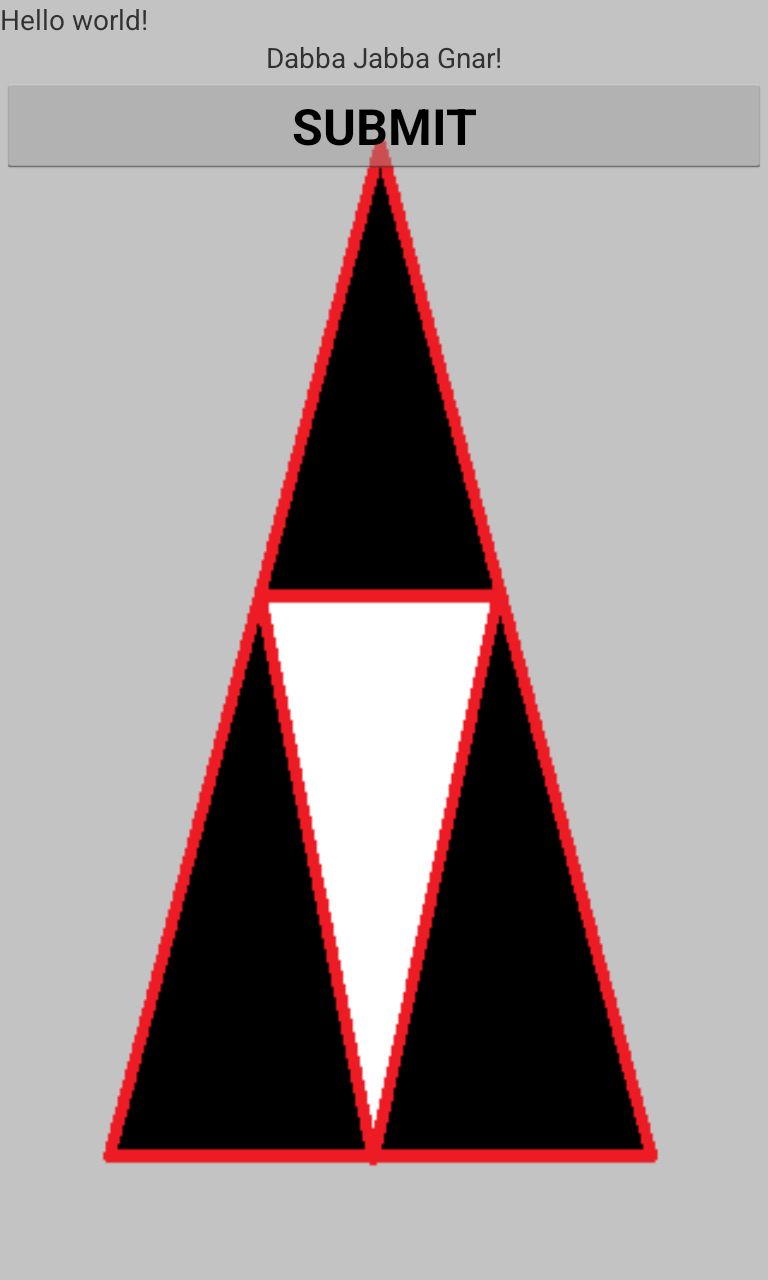
Repository: IgnacioRV/AndroidDev
Layout: ProjectYasuo/res/layout/main2.xml
An editor plug-in stored every save of this project. The layout is shown before and after the next save, followed by the edit.
It is drawn on a 768 x 1280 px phone screen (xhdpi) without system bars, with theme AppTheme; the app's code is not run.

Above is the layout before, as saved 2016-01-21 16:14:38.

### ProjectYasuo/res/layout/main2.xml
<?xml version="1.0" encoding="utf-8"?>
<LinearLayout xmlns:android="http://schemas.android.com/apk/res/android"
    android:layout_width="fill_parent"
    android:layout_height="fill_parent"
    android:orientation="vertical"
    android:background="@drawable/bck">

    <TextView
        android:layout_width="fill_parent"
        android:layout_height="wrap_content"
        android:text="@string/hello_world" />

    <TextView
        android:layout_width="fill_parent"
        android:layout_height="wrap_content"
        android:text="@string/FirstWords"
        android:gravity="center"
        />

    <Button
        android:layout_width="fill_parent"
        android:layout_height="wrap_content"
        android:gravity="center"
        android:text="@string/button1"
        android:textSize="25sp"
        android:textStyle="bold" />

</LinearLayout>

### ProjectYasuo/res/values/strings.xml
<?xml version="1.0" encoding="utf-8"?>
<resources>

    <string name="app_name">ProjectYasuo</string>
    <string name="hello_world">Hello world!</string>
    <string name="FirstWords">Dabba Jabba Gnar!</string>
    <string name="button1">SUBMIT</string>

</resources>

Loaded but not shown: ProjectYasuo/res/values/styles.xml (common file); ProjectYasuo/res/values-v11/styles.xml (common file); ProjectYasuo/res/values-v14/styles.xml (common file)

After the next save:
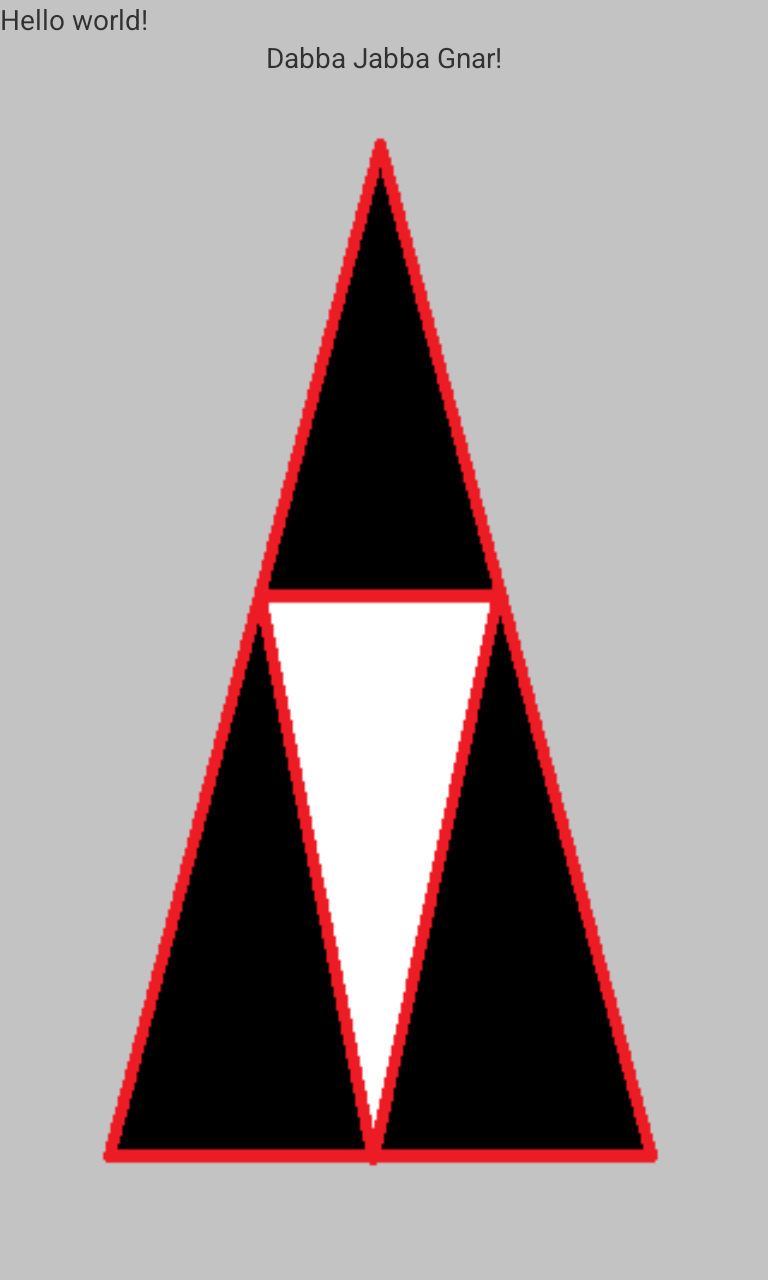
Saved 26 s later.
--- a/ProjectYasuo/res/layout/main2.xml
+++ b/ProjectYasuo/res/layout/main2.xml
@@ -19,8 +19,7 @@
 
     <Button
         android:layout_width="fill_parent"
-        android:layout_height="wrap_content"
-        android:gravity="center"
+        android:gravity="bottom"
         android:text="@string/button1"
         android:textSize="25sp"
         android:textStyle="bold" />
